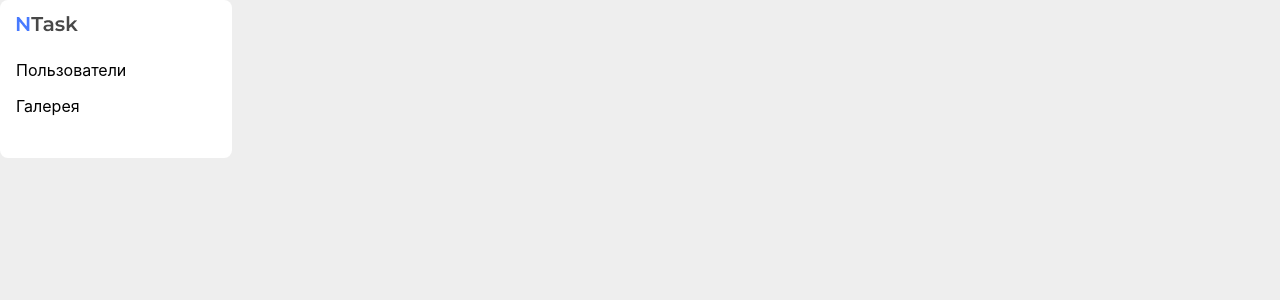
Repository: Grid-Master/NTask
Page: /
The author's editor kept a copy of each file at every save. The page is drawn from the files as they stood at one save, then again after the next save.
The browser window is 1280 px wide. The pictures show the whole page.
The project was rebuilt for these pictures with package versions that can differ from the ones it lists, and the page was loaded fresh each time.

Above is the page before, as saved 2023-06-02 15:26:42.

### src/index.css
body {
  margin: 0;
  font-family: -apple-system, BlinkMacSystemFont, 'Segoe UI', 'Roboto', 'Oxygen',
    'Ubuntu', 'Cantarell', 'Fira Sans', 'Droid Sans', 'Helvetica Neue',
    sans-serif;
  -webkit-font-smoothing: antialiased;
  -moz-osx-font-smoothing: grayscale;
  background: #EEEEEE;
}

code {
  font-family: source-code-pro, Menlo, Monaco, Consolas, 'Courier New',
    monospace;
}

### src/App.tsx
import './App.css';
import Navbar from './components/navabar/Navbar';

function App() {
  return (
    <div className="App">
      <Navbar />
    </div>
  );
}

export default App;

### src/components/navabar/Navbar.tsx
import { FC } from 'react';
import './navbar.sass';
const logo = require('../../images/logo.png');

const Navbar: FC = () => {
  return (
    <div className="navbar">
      <div className="navbar__imagecontainer">
        <img src={logo} alt="logo" />
      </div>
      <div className="navbar__item">Пользователи</div>
      <div className="navbar__item">Галерея</div>
    </div>
  );
};

export default Navbar;

### src/components/navabar/navbar.sass
.navbar
    width: 200px
    height: 158px
    background: #FFFFFF
    border-radius: 8px
    padding: 0 16px
    &__imagecontainer
        padding: 16px 0
    &__item
        padding: 8px 0
    &__active
        background: #E9EFFF
        color: #477AFF

Loaded but not shown: public/index.html (common file); src/index.tsx (common file); src/App.css (common file)

After the next save:
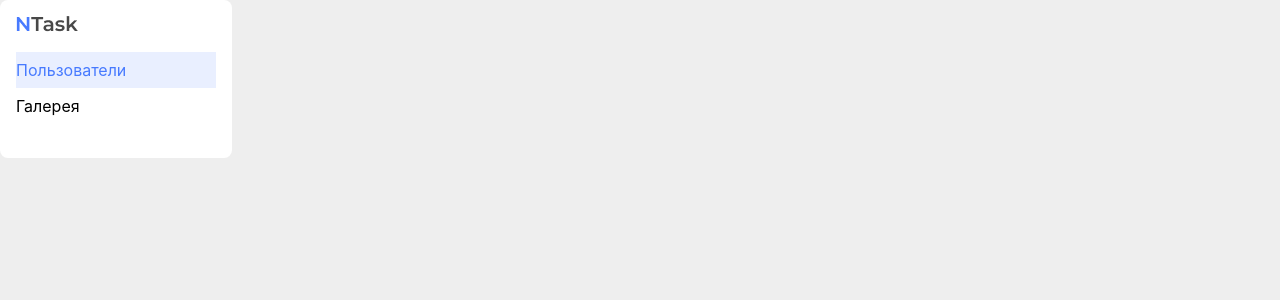
Saved 10 s later.
--- a/src/components/navabar/Navbar.tsx
+++ b/src/components/navabar/Navbar.tsx
@@ -8,7 +8,7 @@ const Navbar: FC = () => {
       <div className="navbar__imagecontainer">
         <img src={logo} alt="logo" />
       </div>
-      <div className="navbar__item">Пользователи</div>
+      <div className="navbar__item navbar__active">Пользователи</div>
       <div className="navbar__item">Галерея</div>
     </div>
   );
